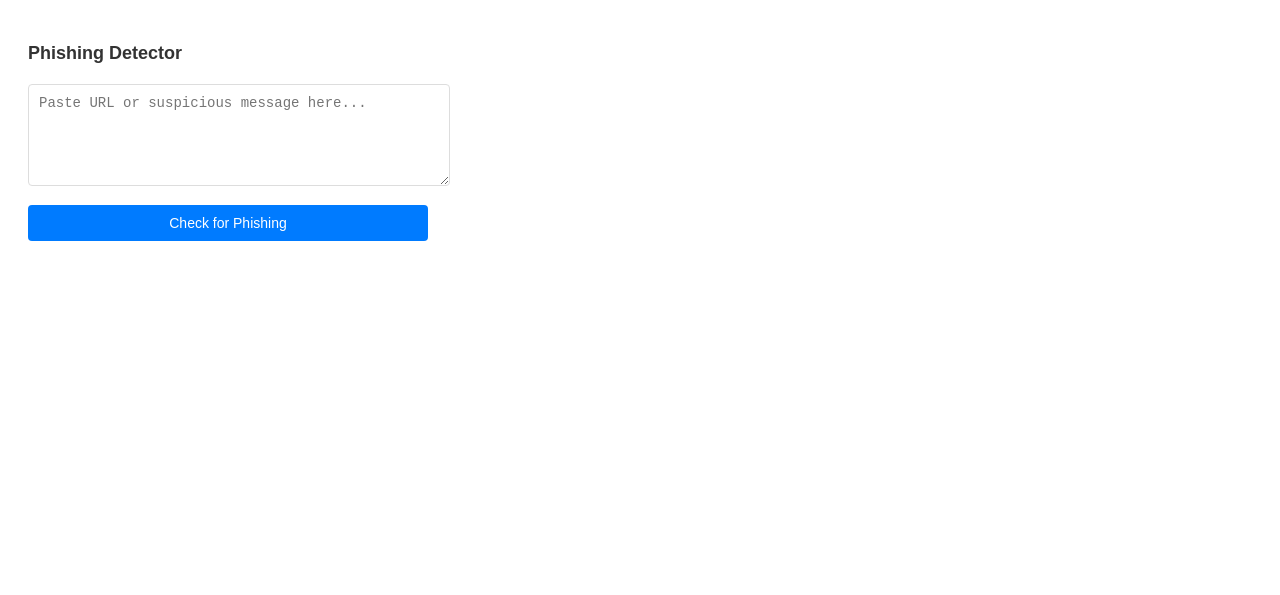
Repository: msaishwarya37-netizen/Infothon
Page: / (app in frontend/chrome-extension/)
The author's editor kept a copy of each file at every save. The page is drawn from the files as they stood at one save, then again after the next save.
The browser window is 1280 px wide. The pictures show the whole page.
The page's requests for data from a server got no answer. The project was rebuilt for these pictures with package versions that can differ from the ones it lists, and the page was loaded fresh each time. No one was signed in, and anything a server would have sent is missing. Also part of the build but not shown: frontend/chrome-extension/vite.config.js, frontend/chrome-extension/webpack.config.js, frontend/chrome-extension/src/components/Alert.tsx, frontend/chrome-extension/src/components/Feedback.tsx.

Above is the page before, as saved 2025-10-11 20:55:29.

After the next save:
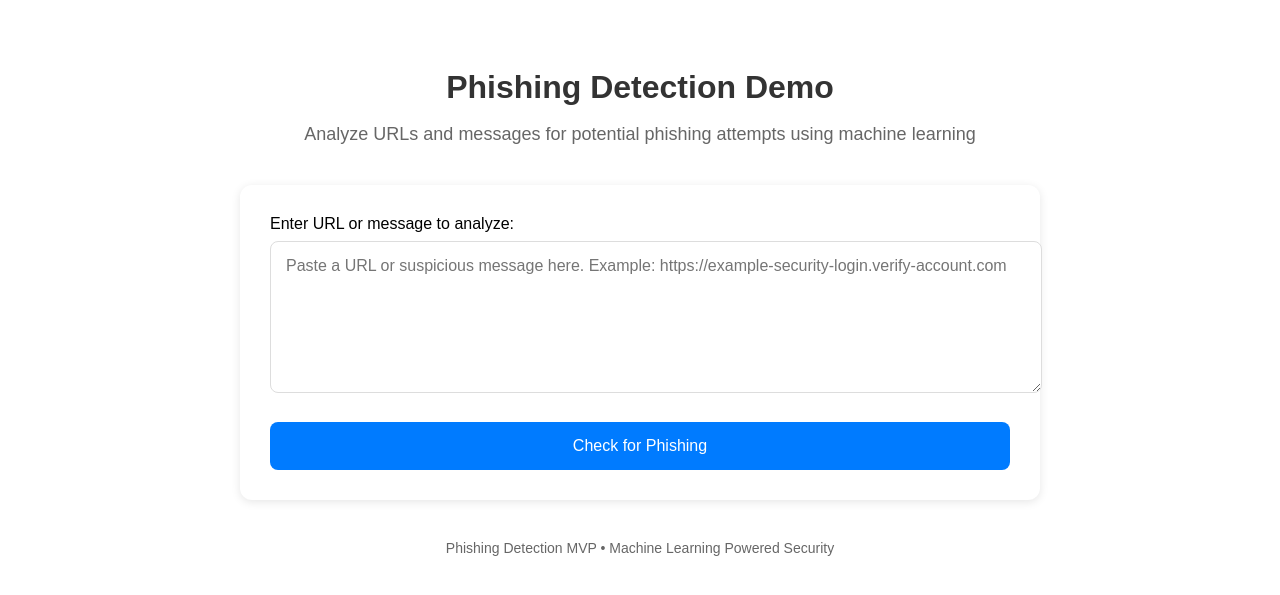
Saved 74 s later.
--- a/frontend/chrome-extension/src/App.tsx
+++ b/frontend/chrome-extension/src/App.tsx
@@ -1,7 +1,7 @@
 import React, { useState } from 'react';
 import Alert from './components/Alert';
 import Feedback from './components/Feedback';
-import { analyzeMessage, submitFeedback } from './api';
+import { analyzeMessage, submitFeedback, getFeedbackStats } from './api';
 import { AnalysisResult, FeedbackData } from './types';
 
 const App: React.FC = () => {
@@ -9,6 +9,7 @@
   const [result, setResult] = useState<AnalysisResult | null>(null);
   const [loading, setLoading] = useState(false);
   const [showFeedback, setShowFeedback] = useState(false);
+  const [stats, setStats] = useState<any>(null);
 
   const handleAnalyze = async () => {
     if (!message.trim()) return;
@@ -26,7 +27,7 @@
         features_used: [],
         message: message,
         timestamp: new Date().toISOString(),
-        error: 'Analysis failed'
+        error: 'Analysis failed. Make sure the backend is running on port 8000.'
       });
     }
     setLoading(false);
@@ -38,64 +39,127 @@
       setShowFeedback(false);
       setMessage('');
       setResult(null);
+      // Refresh stats
+      loadStats();
     } catch (error) {
       console.error('Feedback error:', error);
     }
   };
 
+  const loadStats = async () => {
+    try {
+      const statsData = await getFeedbackStats();
+      setStats(statsData);
+    } catch (error) {
+      console.error('Stats load error:', error);
+    }
+  };
+
+  React.useEffect(() => {
+    loadStats();
+  }, []);
+
   return (
-    <div className="app" style={{ width: '400px', padding: '20px', fontFamily: 'Arial, sans-serif' }}>
-      <h2 style={{ color: '#333', marginBottom: '20px', fontSize: '18px' }}>Phishing Detector</h2>
+    <div style={{ maxWidth: '800px', margin: '0 auto', padding: '40px 20px', fontFamily: 'Arial, sans-serif' }}>
+      <header style={{ textAlign: 'center', marginBottom: '40px' }}>
+        <h1 style={{ color: '#333', marginBottom: '10px' }}>Phishing Detection Demo</h1>
+        <p style={{ color: '#666', fontSize: '18px' }}>
+          Analyze URLs and messages for potential phishing attempts using machine learning
+        </p>
+      </header>
 
-      <div style={{ marginBottom: '15px' }}>
-        <textarea
-          value={message}
-          onChange={(e) => setMessage(e.target.value)}
-          placeholder="Paste URL or suspicious message here..."
+      <div style={{ backgroundColor: 'white', padding: '30px', borderRadius: '12px', boxShadow: '0 2px 10px rgba(0,0,0,0.1)' }}>
+        <div style={{ marginBottom: '25px' }}>
+          <label htmlFor="message-input" style={{ display: 'block', marginBottom: '8px', fontWeight: '500' }}>
+            Enter URL or message to analyze:
+          </label>
+          <textarea
+            id="message-input"
+            value={message}
+            onChange={(e) => setMessage(e.target.value)}
+            placeholder="Paste a URL or suspicious message here. Example: https://example-security-login.verify-account.com"
+            style={{
+              width: '100%',
+              height: '120px',
+              padding: '15px',
+              border: '1px solid #ddd',
+              borderRadius: '8px',
+              fontSize: '16px',
+              resize: 'vertical',
+              fontFamily: 'inherit'
+            }}
+          />
+        </div>
+
+        <button
+          onClick={handleAnalyze}
+          disabled={loading || !message.trim()}
           style={{
             width: '100%',
-            height: '80px',
-            padding: '10px',
-            border: '1px solid #ddd',
-            borderRadius: '4px',
-            fontSize: '14px',
-            resize: 'vertical'
+            padding: '15px',
+            backgroundColor: loading ? '#6c757d' : '#007bff',
+            color: 'white',
+            border: 'none',
+            borderRadius: '8px',
+            cursor: loading ? 'not-allowed' : 'pointer',
+            fontSize: '16px',
+            fontWeight: '500',
+            transition: 'background-color 0.2s'
           }}
-        />
-      </div>
+        >
+          {loading ? 'Analyzing...' : 'Check for Phishing'}
+        </button>
 
-      <button
-        onClick={handleAnalyze}
-        disabled={loading || !message.trim()}
-        style={{
-          width: '100%',
-          padding: '10px',
-          backgroundColor: loading ? '#6c757d' : '#007bff',
-          color: 'white',
-          border: 'none',
-          borderRadius: '4px',
-          cursor: loading ? 'not-allowed' : 'pointer',
-          fontSize: '14px'
-        }}
-      >
-        {loading ? 'Analyzing...' : 'Check for Phishing'}
-      </button>
+        {result && (
+          <div style={{ marginTop: '30px' }}>
+            <Alert result={result} />
+          </div>
+        )}
 
-      {result && (
-        <div style={{ marginTop: '20px' }}>
-          <Alert result={result} />
-        </div>
-      )}
-
-      {showFeedback && result && (
-        <div style={{ marginTop: '20px' }}>
+        {showFeedback && result && (
           <Feedback
             result={result}
             onSubmit={handleFeedback}
             onCancel={() => setShowFeedback(false)}
           />
+        )}
+      </div>
+
+      {stats && (
+        <div style={{ marginTop: '30px', padding: '20px', backgroundColor: '#f8f9fa', borderRadius: '8px' }}>
+          <h3 style={{ marginBottom: '15px' }}>Feedback Statistics</h3>
+          <div style={{ display: 'grid', gridTemplateColumns: 'repeat(auto-fit, minmax(200px, 1fr))', gap: '15px' }}>
+            <div style={{ textAlign: 'center' }}>
+              <div style={{ fontSize: '24px', fontWeight: 'bold', color: '#007bff' }}>
+                {stats.total_feedback}
+              </div>
+              <div style={{ fontSize: '14px', color: '#666' }}>Total Feedback</div>
+            </div>
+            <div style={{ textAlign: 'center' }}>
+              <div style={{ fontSize: '24px', fontWeight: 'bold', color: '#28a745' }}>
+                {stats.correct_predictions}
+              </div>
+              <div style={{ fontSize: '14px', color: '#666' }}>Correct Predictions</div>
+            </div>
+            <div style={{ textAlign: 'center' }}>
+              <div style={{ fontSize: '24px', fontWeight: 'bold', color: '#dc3545' }}>
+                {stats.incorrect_predictions}
+              </div>
+              <div style={{ fontSize: '14px', color: '#666' }}>Incorrect Predictions</div>
+            </div>
+            <div style={{ textAlign: 'center' }}>
+              <div style={{ fontSize: '24px', fontWeight: 'bold', color: '#ffc107' }}>
+                {(stats.user_reported_accuracy * 100).toFixed(1)}%
+              </div>
+              <div style={{ fontSize: '14px', color: '#666' }}>User Reported Accuracy</div>
+            </div>
+          </div>
         </div>
       )}
+
+      <footer style={{ marginTop: '40px', textAlign: 'center', color: '#666', fontSize: '14px' }}>
+        <p>Phishing Detection MVP • Machine Learning Powered Security</p>
+      </footer>
     </div>
   );
 };
